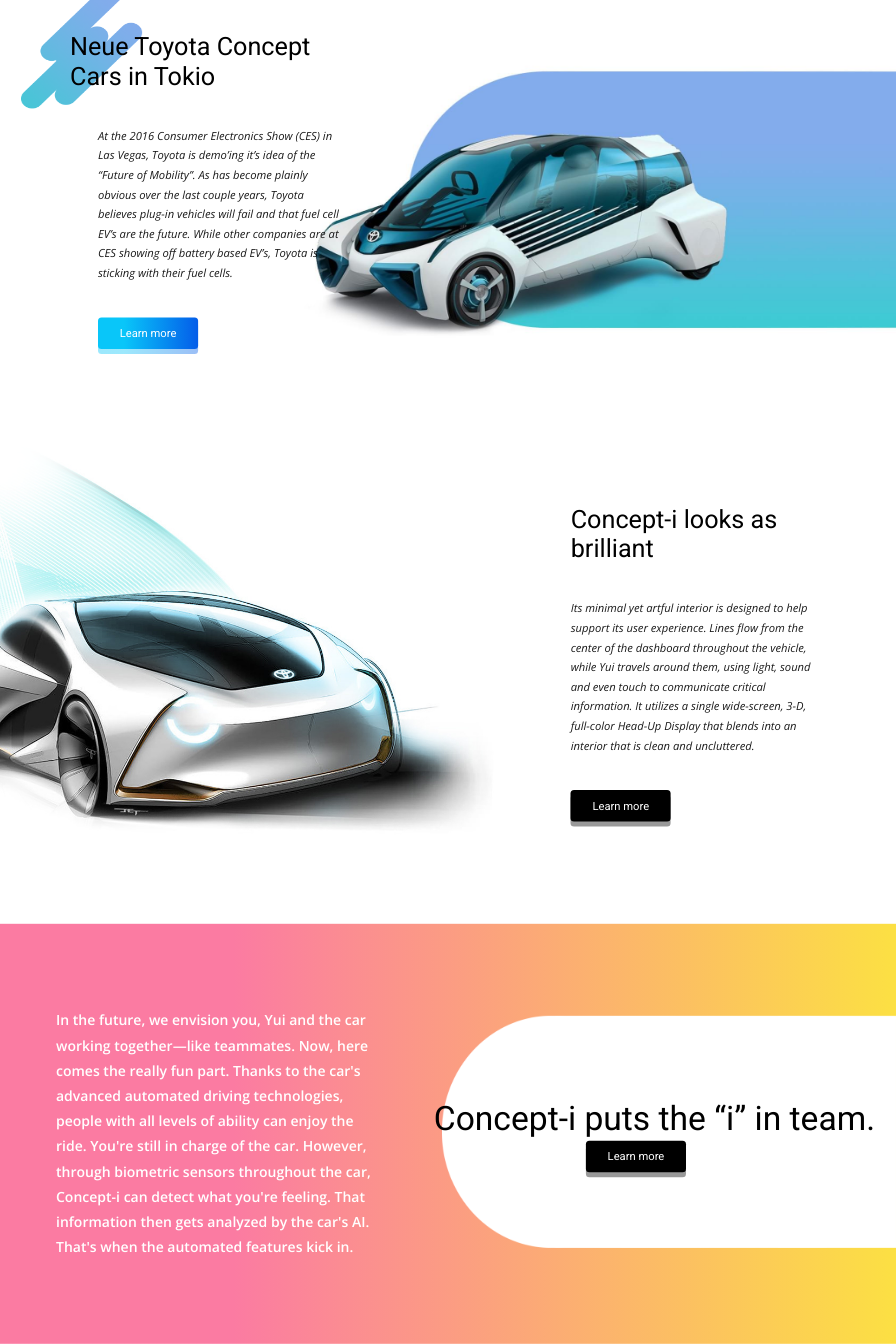
Repository: ThanhThn/Moto-Toyota
Page: index.html
An editor plug-in stored every save of this project. The page is shown before and after the next save, followed by the edit.
The browser window is 1280 px wide. The pictures show the part of the page from y = 2024 to 3944 px (the page is 3944 px tall), at 70% of full size.

Above is the page before, as saved 2022-07-07 13:29:01.

### index.html
<!DOCTYPE html>
<html lang="en">
<head>
    <meta charset="UTF-8">
    <meta http-equiv="X-UA-Compatible" content="IE=edge">
    <meta name="viewport" content="width=device-width, initial-scale=1.0">
    <title>Document</title>
    <!-- === CSS Files === -->
    <link rel="stylesheet" href="css/style.css">
</head>
<body>
    <!-- === Main Container Start === -->
    <div class="main-container">
        <!-- === Heading Start === -->
        <div class="heading">
            <div class="logo">
                <a href="#"><img src="images/logo.png" alt="logo"></a>
            </div>
            <div class="menu">
                <ul class="nav">
                    <li><a href="#" class="chossen">Home</a></li>
                    <li><a href="#">About</a></li>
                    <li><a href="#">Contact</a></li>
                </ul>
            </div>
        </div>
        <!-- === Heading End === -->
        <!-- === Content Start === -->
        <div class="content">
            <!-- === Slider start === -->
            <div class="slider-container">
                <img src="images/7502b12d9a12f809e3996ea2e26b5c30.jpeg" alt="">
                <div class="slider-content">
                    <h1>Toyota Concept-i Series</h1>
                    <p>Toyota Concept-i and its forward-thinking UX hold a mirror up to a future that is warm, friendly, engaging and, most of all—fun. Without further ado, meet Concept-i.</p>
                </div>
            </div>
            <!-- === Slider End === -->
            <!-- === Content Start === -->
            <section class="body-container-content">
                <img class="overflow-img img-defaut" src="images/6f5de08df6c1a4f14c65050e1ff59f2c.jpeg" alt="">
                <div class="body-content">
                    <h3 class="heading-content" >The future has arrived.</h3>
                    <p class="text-content">While we can't predict the future, we can inspire it. So what will our cars look like and how will they function? Will we drive them or will they drive us? That seems to be the question on everyone's mind. Well, we have an idea. Cars are for people who want to go to more places safely and efficiently</p>
                    <div class="yellow-btn">Learn more</div>
                    <img src="images/bd87ca380d82a1c6fad66fa9fc53bc48.png" alt=""  class="paint paint-1">
                </div>
                <img src="images/logo.png" alt="" class="logo-cover logo-body">

            </section>
            <section class="body-container-content">
                <div class="body-content">
                    <h3 class="heading-content">
                        <p>Less of a machine.</p>
                        <p>More of a pal.</p>
                    </h3>
                    <p class="text-content" style="margin-left:20px;">
                        Concept-i follows our belief that vehicles shouldn't start with technology—they should start, and end, with the experience of the people who use them. Therefore, Concept-i was built from the inside out, with a focus on making it immersive, energetic and, most importantly—approachable.
                    </p>
                    <div class="black-btn" style="margin-left:20px;">Learn more</div>
                </div>
                <img src="images/094e953db5791c71cbf6cb2692c9da18.jpeg" alt=""  class="img">
            </section>
            <!-- === Content End === -->
            <section class="body-container-content">
                <div class="body-content">
                    <h3 class="heading-content">
                        Neue Toyota Concept Cars in Tokio
                    </h3>
                    <p class="text-content">
                        At the 2016 Consumer Electronics Show (CES) in Las Vegas, Toyota is demo’ing it’s idea of the “Future of Mobility”.  As has become plainly obvious over the last couple years, Toyota believes plug-in vehicles will fail and that fuel cell EV’s are the future.  While other companies are at CES showing off battery based EV’s, Toyota is sticking with their fuel cells.
                    </p>
                    <div class="blue-btn">Learn more</div>
                    <img src="images/93c8d638317c741291e390fb2c10a215.png" alt="" class="paint paint-2">
                </div>
                <img src="images/8be8de663c4ab7eee8b3e53c31cbb581.jpeg" alt=""  class="img" id="img-center">
            </section>
            <section class="body-container-content">
                <img src="images/4c134e2df3106c5e28f93f94161e3242.png" alt=""  class="overflow-img img-defaut" style="width: 760px; height: 636px;">
                <div class="body-content" style="margin-bottom: 60px; margin-right: 80px;">
                    <h3 class="heading-content" >
                        Concept-i looks as brilliant
                    </h3>
                    <p class="text-content" style="margin-left:20px;">
                        Its minimal yet artful interior is designed to help support its user experience. Lines flow from the center of the dashboard throughout the vehicle, while Yui travels around them, using light, sound and even touch to communicate critical information. It utilizes a single wide-screen, 3-D, full-color Head-Up Display that blends into an interior that is clean and uncluttered.
                    </p>
                    <div class="black-btn" style="margin-left:20px;">Learn more</div>
                </div>
            </section>
            <section class="content-center body-container-content">
                <div  class="text-content" id="text">
                    <p>
                        In the future, we envision you, Yui and the car working together—like teammates. Now, here comes the really fun part. Thanks to the car's advanced automated driving technologies, people with all levels of ability can enjoy the ride. You're still in charge of the car. However, through biometric sensors throughout the car, Concept-i can detect what you're feeling. That information then gets analyzed by the car's AI. That's when the automated features kick in.
                    </p>
                </div>
                <div class="i-team">
                    <img src="images/c7a5eef7434a3c41abc67dbea4472211.png" alt="">
                    <div>
                        <h3>Concept-i puts the “i” in team.</h3>
                        <div class="black-btn" id="black-btn-1">Learn more</div>
                    </div>
                </div>
            </section>
        </div>
        <!-- === Content End === -->
    </div>
    <!-- === Main Container End === -->
    <!-- === JS Files === -->
    <script src="js/script.js"></script>
</body>
</html>

### css/style.css
@import url('https://fonts.googleapis.com/css2?family=Open+Sans:ital,wght@0,600;0,700;1,400;1,600&family=Roboto&display=swap');
:root{
    --text: #1a1a1a;
    --text-chossen:#478ac9;
    --heading-family: 'Roboto', sans-serif;
    --body-family: 'Open Sans', sans-serif;
}
*
{
    margin: 0;
    padding: 0;
    outline: none;
    text-decoration: none;
    box-sizing: border-box;
}
.overflow-img
{
    overflow: hidden;
}

.img-defaut
{
    object-fit: cover;
}
.logo-cover
{
    width: 65px !important;
    height: 60px !important;
    opacity: 0.25;
}
.paint
{
    width: 173px  !important;
    height: 186px !important;
    position: absolute;
    z-index: -1;
}
.heading
{
    height: 115px;
    width: 100%;
    display : flex;
    justify-content: space-around;
}
.heading .logo{
    width: 92px;
    height: 92px;
    margin-top: 11.5px;
}
.heading .logo a img
{
    width: 92px;
    height: 92px;
}
.heading .menu .nav
{
    font-family:var(--body-family);
    font-size: 16px;
    font-weight: 700;
    list-style: none;
    display: flex;
    padding: 14px 0px 14px 0px;
    margin-top: 50px;
}
.heading .menu .nav li
{
    padding: 0px 20px 0px 20px;
}
.heading .menu .nav  li a
{
    color: var(--text);
}
.chossen
{
    color: var(--text-chossen) !important;
}

.slider-container
{
    text-align: center;
}
.slider-container img
{
    display: block;
    height: 260px;
    width: 820px;
    margin-left: auto;
    margin-right: auto;
    margin-top: 54px;
}
.slider-content
{
    width: 784px;
    height: 324px;
    margin-left: auto;
    margin-right: auto;
    margin-top: 20px;
}
.slider-content h1
{
    font-family: var(--heading-family);
    font-size: 72px;
    font-weight: 400;
    padding: 20px 13px 0 13px ;
}
.slider-content p
{
    font-family: var(--body-family);
    font-size: 20px;
    font-style: italic;
    opacity: 0.6;
    font-weight: 600;
    padding: 20px 13px 0 13px ;
}
.body-container-content
{
    display: flex;
    margin: 99px auto 0 0;
    align-items: flex-end;
    justify-content: space-between;
}

.body-container-content img
{
    width:  calc(((100% - 1140px) / 2) + 656px);;
    display: block;
    height: 464px;
    object-position: 100% 0%;
    background-position: 100% 0%;
}

.body-container-content .body-content
{
    position: relative;
    width: 430px;
    height: 480px;
    margin-left: 80px;

    z-index: 1;
}

.body-content .heading-content
{
    font-family: var(--heading-family);
    font-size: 36px;
    font-weight: 400;
    margin: 40px 0 0 20px;
}
.body-content .text-content
{
    font-family: var(--body-family);
    font-weight: 400;
    opacity: 0.9;
    font-style: italic;
    margin: 50px 20px 0 60px;
    word-wrap: break-word;
    line-height: 28px;
}

.yellow-btn
{
    color: #fff;
    width: 143px;
    height: 45px;
    background-image: linear-gradient(to left, #fce043 0%, #fb7ba2 74%);
    border: none;
    border-radius: 5px ;
    display: flex;
    justify-content: center;
    align-items: center;
    font-family: var(--heading-family);
    margin: 50px 0 0 60px;
}
.yellow-btn::before {
    content: "";
    background: linear-gradient(to left, #fce043 0%, #fb7ba2 74%);
    position: absolute;
    opacity: 0.4;
    width: 143px;
    height: 45px;
    border-radius: 5px;
    transform: translateY(7px);
    z-index: -1;
}
.black-btn
{
    background-color: #000;
    color: #fff;
    box-shadow: 0 7px rgba(0, 0, 0, 0.4);
    width: 143px;
    height: 45px;
    border: none;
    border-radius: 5px ;
    display: flex;
    justify-content: center;
    align-items: center;
    font-family: var(--heading-family);
    margin: 50px 0 0 60px;
}
.black-btn:active
{
    transform: translateY(7px);
    box-shadow: none;
}

.blue-btn
{
    color: #fff;
    width: 143px;
    height: 45px;
    background-image: linear-gradient(to left, #045de9 0%, #09c6f9 74%);
    border: none;
    border-radius: 5px ;
    display: flex;
    justify-content: center;
    align-items: center;
    font-family: var(--heading-family);
    margin: 50px 0 0 60px;
}
.blue-btn::before {
    content: "";
    background: linear-gradient(to left, #045de9 0%, #09c6f9 74%);
    position: absolute;
    opacity: 0.4;
    width: 143px;
    height: 45px;
    border-radius: 5px;
    transform: translateY(7px);
    z-index: -1;
}

.body-container-content .logo-body
{
    position: relative;
    top: -30px;
    right: 1100px;
}

.body-container-content .paint-1
{
    top: -36px;
    right: 308px;
}
.body-container-content .paint-2
{
    top: -36px;
    left: -50px;
}
.body-container-content .img
{
    width: 860px;
    height: 400px;
    position: absolute;
    right: 0;
}
.body-container-content #img-center
{
    margin: auto 0 auto 0;
}
.content-center
{
    display: flex;
    height: 600px;
    background-image: linear-gradient(to left, #fce043 0%, #fb7ba2 74%);;
}
#text
{
    width: 480px;
    font-family: var(--body-family);
    font-size: 20px;
    font-weight: 600 ;
    color: #fff;
    margin: auto 0 auto 80px;
    line-height: 36px;
}
.i-team
{
    position: relative;
    margin: auto 0 auto 0;
}
.content-center img
{
    width: 100%;
    height: 400px;
}
.content-center h3
{
    font-family: var(--heading-family);
    font-weight: 400;
    font-size: 48px;
    position: absolute;
    top: 150px;
    right: 30px;
}
.i-team #black-btn-1
{
    position: absolute;
    top: 160px;
    right: 300px;
}

Loaded but not shown: js/script.js (no copy from this time; the picture is the same without it)

After the next save:
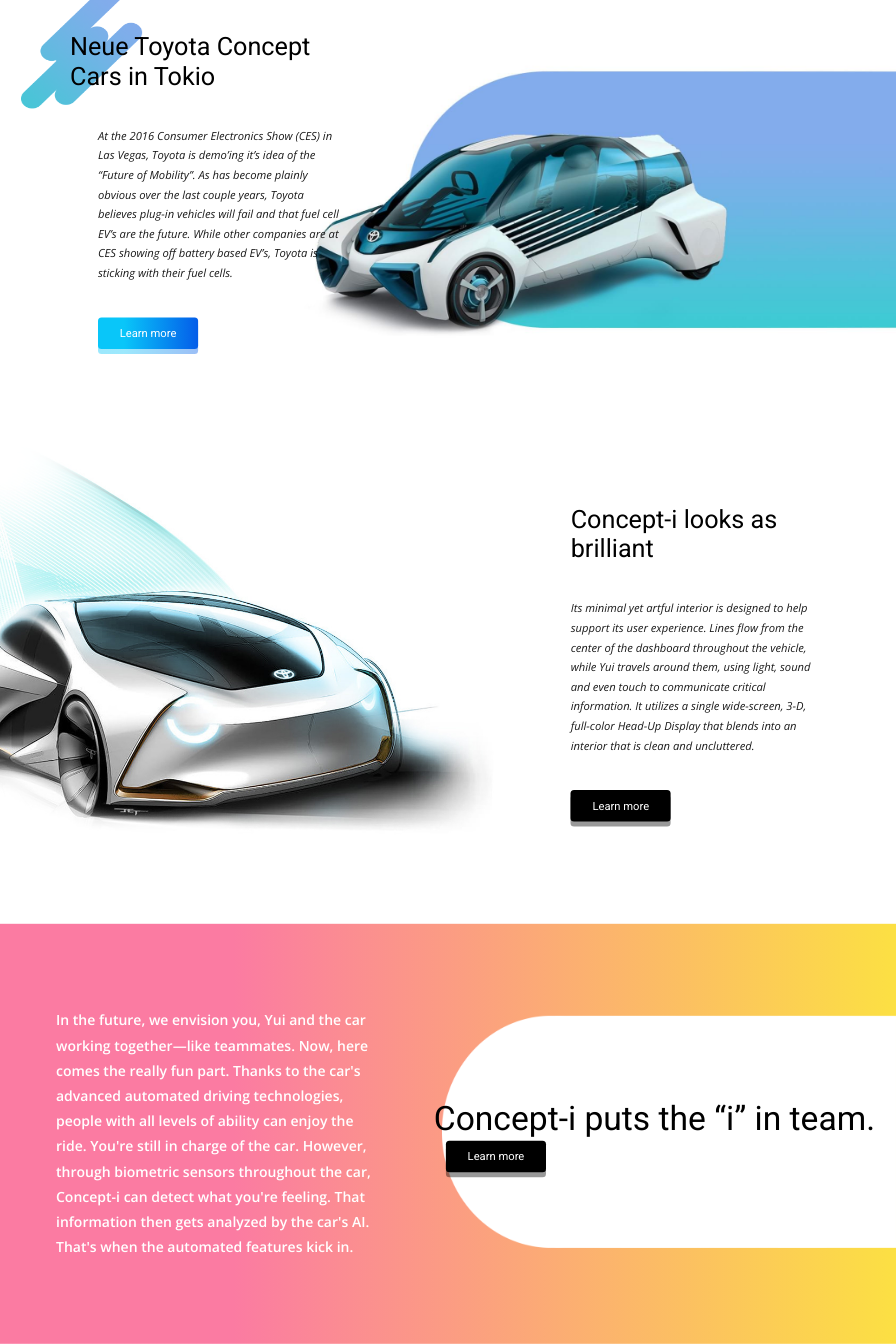
Saved 5 s later.
--- a/css/style.css
+++ b/css/style.css
@@ -296,5 +296,5 @@
 {
     position: absolute;
     top: 160px;
-    right: 300px;
-}
+    right: 500px;
+}
